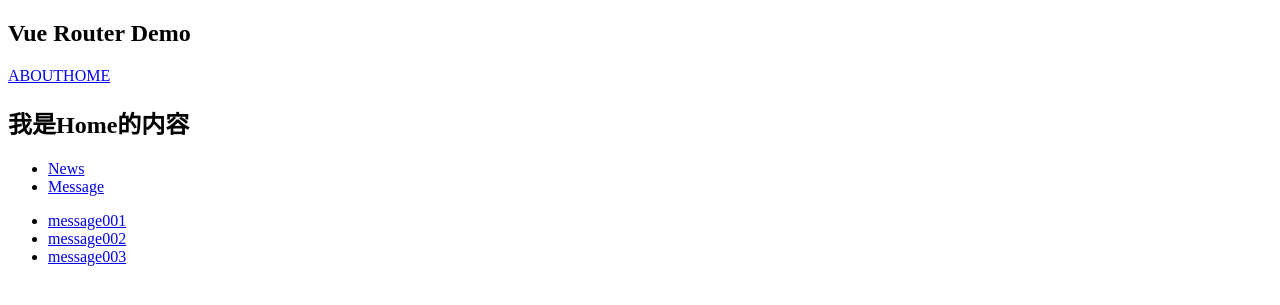
Repository: 13067902180/vue2.0study
Page: /#/home/message
These files come from the project's save history. The page is drawn as it stood at one moment and after the next save; the edit follows.
The browser window is 1280 px wide. The pictures show the whole page.
The project was rebuilt for these pictures with package versions that can differ from the ones it lists, and the page was loaded fresh each time. Also part of the build but not shown: vue.config.js, src/pages/About.vue, src/pages/News.vue.

Above is the page before, as saved 2023-03-03 16:07:58.

After the next save:
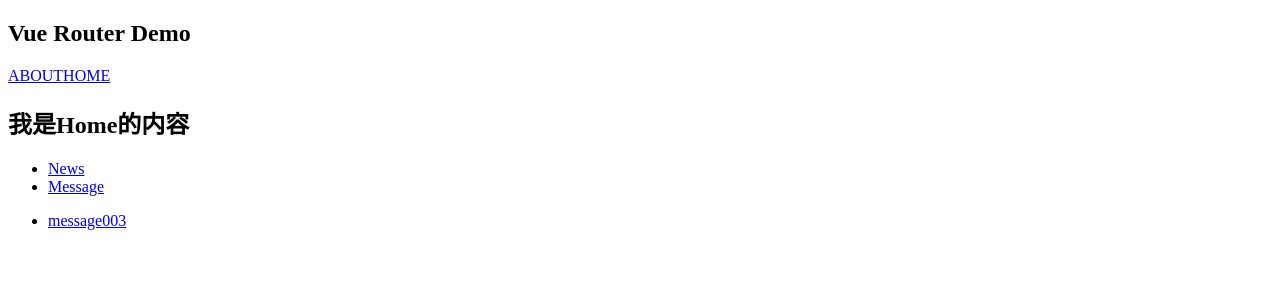
Saved 19 s later.
--- a/src/pages/Message.vue
+++ b/src/pages/Message.vue
@@ -1,8 +1,6 @@
 <template>
   <div>
     <ul>
-      <li><a href="/message1">message001</a></li>
-      <li><a href="/message2">message002</a></li>
       <li><a href="/message3">message003</a></li>
     </ul>
   </div>
